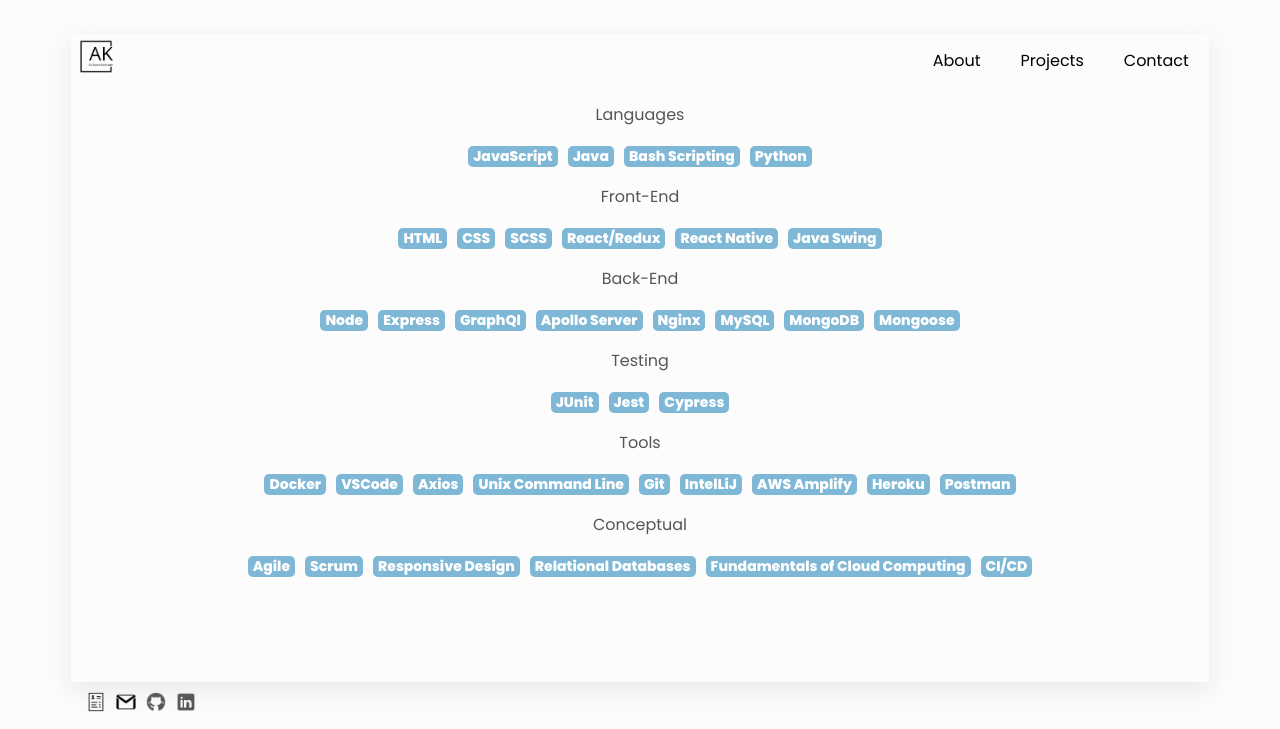
Repository: OKodovbetskyi/Portfolio
Page: /skills
An editor plug-in stored every save of this project. The page is shown before and after the next save, followed by the edit.
The browser window is 1280 px wide. The pictures show the whole page.
The project was rebuilt for these pictures with package versions that can differ from the ones it lists, and the page was loaded fresh each time. Also part of the build but not shown: src/components/Home/Home.css, src/components/Button.css, src/components/Button.js, src/components/AboutMe/AboutMe.css, src/components/AboutMe/AboutMe.js, src/components/Home/Home.js, src/components/Education.js, src/components/Projects.css and 8 more.

Above is the page before, as saved 2023-11-22 22:12:36.

### public/index.html
<!DOCTYPE html>
<html lang="en">
  <head>
    <meta charset="utf-8" />
    <link rel="icon" href="%PUBLIC_URL%/userIcon.png" />
    <meta name="viewport" content="width=device-width, initial-scale=1" />
    <meta name="theme-color" content="#000000" />
    <link rel="preconnect" href="https://fonts.googleapis.com" />
    <link rel="preconnect" href="https://fonts.gstatic.com" crossorigin />
    <link
      href="https://fonts.googleapis.com/css2?family=Roboto:ital,wght@0,100;0,300;0,400;0,500;0,700;0,900;1,100;1,300;1,400;1,500;1,700;1,900&display=swap"
      rel="stylesheet"
    />
    <!--
      manifest.json provides metadata used when your web app is installed on a
      user's mobile device or desktop. See https://developers.google.com/web/fundamentals/web-app-manifest/
    -->
    <link rel="manifest" href="%PUBLIC_URL%/manifest.json" />
    <!--
      Notice the use of %PUBLIC_URL% in the tags above.
      It will be replaced with the URL of the `public` folder during the build.
      Only files inside the `public` folder can be referenced from the HTML.

      Unlike "/favicon.ico" or "favicon.ico", "%PUBLIC_URL%/favicon.ico" will
      work correctly both with client-side routing and a non-root public URL.
      Learn how to configure a non-root public URL by running `npm run build`.
    -->
    <title>Alex Full Stack Developer</title>
  </head>
  <body>
    <noscript>You need to enable JavaScript to run this app.</noscript>
    <div id="root"></div>
    <!--
      This HTML file is a template.
      If you open it directly in the browser, you will see an empty page.

      You can add webfonts, meta tags, or analytics to this file.
      The build step will place the bundled scripts into the <body> tag.

      To begin the development, run `npm start` or `yarn start`.
      To create a production bundle, use `npm run build` or `yarn build`.
    -->
  </body>
</html>

### src/index.css

@import url('https://fonts.googleapis.com/css2?family=Poppins:ital,wght@0,100;0,200;0,300;0,400;0,500;0,600;0,800;0,900;1,100;1,200;1,300;1,400;1,500;1,600&display=swap');

html{
    background-color: #FCFCFC;
    color: #555;
    min-height: 100%;
    margin: 0;
    padding: 0;
    font-family: 'Poppins', sans-serif;
}
h5{
    margin: 0;
}
p{
    font-size: 12px;
}

### src/App.js
import "./App.css";
import React, { useRef } from "react";
import { Helmet } from "react-helmet";
import ThemeProvider, { useTheme, useThemeUpdate } from "./themes/ThemeContext";
import RoutedLanding from "./router/RoutedLanding";

function App() {
  return (
    <ThemeProvider>
      <Helmet>
        <title>Alex Kodovbetskyi | Full Stack Developer</title>
        <meta
          name="description"
          content="Skilled Full Stack Developer based in London, with a proven track record of delivering fast and reliable web applications. Expert in crafting seamless cross-platform solutions for Android and iOS, ensuring top performance and user experience. Committed to driving innovation and efficiency in the tech industry."
        />
        <meta
          name="keywords"
          content="Full Stack Developer, Web Applications, Cross-Platform Development, Android, iOS, London, Performance Optimization, User Experience, Innovative Solutions, Reliable Apps"
        />
        {/* You can also add tags for social media */}
        <meta
          property="og:title"
          content="Full Stack Developer | Web & Mobile Applications Specialist | London"
        />
        <meta
          property="og:description"
          content="Expert in creating fast, reliable web and cross-platform Android and iOS applications."
        />
        <meta property="og:type" content="website" />
        {/* Add more metadata tags as needed */}
      </Helmet>
      <RoutedLanding />
    </ThemeProvider>
  );
}
export default App;

### src/App.css
.home{
    width: 90%;
    margin-left: auto;
    margin-right: auto;
}
@media only screen and (max-width: 600px) {
    .home{
        width: 100%;
    }
    }

### src/themes/ThemeContext.js
import React, { useContext, useState } from "react"
const ThemeContext = React.createContext();
const ThemeUpdateContext = React.createContext();

export function useTheme(){
    return useContext(ThemeContext);
}
export function useThemeUpdate(){
    return useContext(ThemeUpdateContext);
}
function ThemeProvider({children}){
    const [darkTheme, setDarkTheme] = useState(true);
    function toggleTheme(){
        setDarkTheme(prevDarkTheme => !prevDarkTheme);
    }
    return(
        <ThemeContext.Provider value={darkTheme}>
            <ThemeUpdateContext.Provider value={toggleTheme}>
            {children}
            </ThemeUpdateContext.Provider>
        </ThemeContext.Provider>
    )
}
export default ThemeProvider;

### src/router/RoutedLanding.js
import { BrowserRouter, Routes, Route} from 'react-router-dom';
import Skills from '../components/Skills';
import Home from '../components/Home/Home';
import React, {useRef} from 'react';
import Education from '../components/Education';
import Projects from '../components/Projects';
import './RouterLanding.modules.css';
import Nav from '../components/Nav';

import Card from '../components/Card';
import { Contact } from '../components/Contact';



const RoutedLanding = () => {
    const home = useRef(null);
    const skills = useRef(null);
    const aboutme = useRef(null);
    const projects = useRef(null);
    const education = useRef(null);

    const pages = [skills,home, education, projects]
   return (
     <BrowserRouter>
     <div className='container'>
     <div className="home" >
     <Card header="Home">
     <Nav pages={pages} />
     <Routes>
     <Route path='/' element={<Home/>}/>
     <Route path='/skills' element={<Skills/>}/>
     <Route path='/about' element={<Education />}/>
     <Route path='/projects/*' element={<Projects/>}/>
     <Route path='/contact-me' element={<Contact/>}/>
     <Route path='/contact-me' element={<Contact/>}/>
      </Routes>
     </Card>

     </div>
     </div>
   </BrowserRouter>


   )
}

export default RoutedLanding

### src/components/Skills.js
import Card from "./Card";
import React from "react";
import "./Skills.css";
const Skills = React.forwardRef((prop, ref) => {
  return (
    <div>
      <div className="skillWrapper">
        <p>Languages</p>
        <ul className="skillItem">
          <li>JavaScript</li>
          <li>Java</li>
          <li>Bash Scripting</li>
          <li>Python</li>
        </ul>
      </div>
      <div className="skillWrapper">
        <p>Front-End</p>
        <ul className="skillItem">
          <li>HTML</li>
          <li>CSS</li>
          <li>SCSS</li>
          <li>React/Redux</li>
          <li>React Native</li>
          <li>Java Swing</li>
        </ul>
      </div>
      <div className="skillWrapper">
        <p>Back-End</p>
        <ul className="skillItem">
          <li>Node</li>
          <li>Express</li>
          <li>GraphQl</li>
          <li>Apollo Server</li>
          <li>Nginx</li>
          <li>MySQL</li>
          <li>MongoDB</li>
          <li>Mongoose</li>
        </ul>
      </div>
      <div className="skillWrapper">
        <p>Testing</p>
        <ul className="skillItem">
          <li>JUnit</li>
          <li>Jest</li>
          <li>Cypress</li>
        </ul>
      </div>
      <div className="skillWrapper">
        <p>Tools</p>
        <ul className="skillItem">
          <li>Docker</li>
          <li>VSCode</li>
          <li>Axios</li>
          <li>Unix Command Line</li>
          <li>Git</li>
          <li>IntelLiJ</li>
          <li>AWS Amplify</li>
          <li>Heroku</li>
          <li>Postman</li>
        </ul>
      </div>
      <div className="skillWrapper">
        <p>Conceptual</p>
        <ul className="skillItem">
          <li>Agile</li>
          <li>Scrum</li>
          <li>Responsive Design</li>
          <li>Relational Databases</li>
          <li>Fundamentals of Cloud Computing</li>
          <li>CI/CD</li>
        </ul>
      </div>
    </div>
  );
});
export default Skills;

### src/components/Nav.js
import React, { useState } from 'react';

import './Nav.css';
import logo from '../assets/ak-low-resolution.jpg'
import { Link } from 'react-router-dom';
import { Contact } from './Contact';
const Nav = (props) =>{
   const [isOpen, setIsOpen] = useState(false);

    const scrollToSection = (elRef) => {
         const scrollLocation ={
            top: (elRef.current.offsetTop)-100,
            behavior:"smooth"
        }
        window.scrollTo(scrollLocation);
    }
    return(
      <>
     <nav className="navbar">
      <Link to="/"><img className="nav-logo" src={logo} /></Link>
      <div className="navbar-links">
      <Link   to="/about">About</Link>
      <Link   to="/projects">Projects</Link>
      <Link to="/contact-me">Contact</Link>
      </div>
      <div className="navbar-hamburger" onClick={() => setIsOpen(!isOpen)}>
        <div className={`navbar-hamburger-line ${isOpen ? 'open' : ''}`}></div>
        <div className={`navbar-hamburger-line ${isOpen ? 'open' : ''}`}></div>
        <div className={`navbar-hamburger-line ${isOpen ? 'open' : ''}`}></div>
        <div className={`navbar-hamburger-line ${isOpen ? 'open' : ''}`}></div>
      </div>
  </nav>
  {isOpen ? <>
    <div className='mobile-menu' >

   </div>
       <div className='hamburger-menu'>
       <div class="close-icon"  onClick={() => setIsOpen(!isOpen)}>
       <div class="close-icon-circle">
         <span class="close-icon-line"></span>
         <span class="close-icon-line"></span>
        </div>
        </div>
       <Link onClick={() => setIsOpen(!isOpen)} to="/">Home</Link>
       <Link onClick={() => setIsOpen(!isOpen)} to="/about">About</Link>
       <Link onClick={() => setIsOpen(!isOpen)} to="/projects">Projects</Link>
       <Link onClick={() => setIsOpen(!isOpen)} to="/contact-me">Contact</Link>
   </div>
   </>
  : ''
   }

    </>
    )
  }
export default Nav;
     /*<Link to="/">Home </Link>
        <Link to="#skills">Skills</Link>
<Link to="/education">Education</Link>
<a href="#projects">Projects</a>
<Link to="/links">Contact me</Link> */

### src/components/Card.js
import React from "react";
import styles from "./Card.module.css"
import Footer from "./Footer";
const Card = React.forwardRef((props, ref)=>{
    return(
        <div className={styles.page}>
        <div ref={ref} className={styles.Card}>

            <div className={styles.CardBody}>
            <h2 className={styles.header}>   {props.cardName}</h2>
                {props.children}
            </div>

        </div>
        <Footer />
        </div>
    )
})
export default Card;

### src/components/Skills.css
.skillWrapper h4{
    padding: 0 5px;
}
.skillWrapper{
    text-align: center;
}
 .skillWrapper p{
    font-size: 16px;
}
.skillItem>li{
    display: inline-block;
    margin: 0 5px;
    background: #7EB8D6FF;
    color: white;
    font-weight: bold;
    padding:0 5px;
    border-radius: 5px;
    font-size: 14px;
}
.skillItem>li:first-child{
    margin-left: 5px;
}
ul.skillItem{
    margin: 0;
    padding: 0;
}
@media only screen and (max-width: 600px) {

    .skillItem>li{
        margin: 5px;

    }
}

### src/components/Education.css
.educationContent{
    display:flex;
    flex-direction: row;
    justify-content: space-between;
}
.imagepin{
    height: 20px;
}
.experience-container{
    border-left: 1px solid #d1d1d1;
    padding: 0 15px;
}
.Job{
    position: relative;
}
.Job li{
    font-size: 14px;
    text-decoration: none;

}
p{
    font-size: 14px;
}
.circle{
    position: absolute;
    top: 0;
    left: -23px;
    width: 15px;
    background-color: whitesmoke;
    border-radius: 20px;
}
.datesworked{
    float: right;
}
.section-title {
    border-bottom: 2px solid #7EB8D6FF;
}
@media only screen and (max-width: 600px) {
    .educationContent{
        display:flex;
        flex-direction: column;

    }

}
.arrowright{
    width: 30px;
}
.linkstonext{
    margin: 20px 0;
    display: flex;
    align-items: center;
    font-size: 12px;

}
.linkstonext img{
    margin-left: 10px;
    animation: moveRightAndBack 2s infinite;
}
@keyframes moveRightAndBack {
    0% {
      transform: translateX(0);
    }
    50% {
      transform: translateX(10px);
    }
    100% {
      transform: translateX(0);
    }
  }

### src/components/Nav.css
.navbar {
    display: flex;
    justify-content: space-between;
    align-items: center;
    background-color: #FCFCFC;
    z-index: 1000;
  }
  .navbar-links {
    position: relative;
    display: flex;
  }

  .navbar-links a {
    padding: 0 ;
    text-decoration: none;
    color: #55555;
    text-align: center;
    font-size: 16px;
  }
  .navbar-hamburger {
    display: none;
  }

  .navbar-hamburger-line {
    width: 30px;
    height: 3px;
    background-color: #000;
    margin: 6px 10px;
    transition: transform 0.2s ease;
    z-index: 1000;
  }

  .navbar-hamburger-line.open {
    transform: rotate(100deg);

  }
  div.hamburger-menu{
      display: flex;
      justify-content: center;
      flex-direction: column;
      position: fixed;
      top: 0;
      left: 0;
      width: 100%;
      height: 100vh;
      z-index: 900;
      overflow: hidden;
      background-color: #4F709C;

  }
  .hamburger-menu a{
    font-weight: bold;
    text-align: center;
    width: 100%;
    margin: 15px;
    color: white;
    text-decoration: none;
  }
.mobile-menu{
  display: flex;
  position: fixed;
  top: 0;
  justify-content: space-between;
  width: 100%;
  background-color: #4F709C;
}
  @media (max-width: 768px) {
    .navbar-links a{
      display: none;
      width: 100%;
    }
    .navbar-hamburger {
      display: block;
    }
    .navbar-hamburger-line {

    }
  }
  .selected{
    border-radius: 10px 10px 0 0;
    background-color: #E1E5F8;
  }
  .navbar-links a{
    height: 100%;
    width: 100%;
    text-decoration: none;
    color: black;
    padding:5px 20px;
    transition: border-bottom 0.5s;
}
/* Add this to the link element */
.navbar-links a {
    text-decoration: none;
    position: relative;
    color: black;
  }
  /* Add the underline */
  .navbar-links a::before {
    content: "";
    position: absolute;
    width: 0%;
    height: 2px;
    bottom: -2px;
    background-color: #2978B5;
    transition: width 0.3s;
  }

  /* Add the hover effect */
  .navbar-links a:hover::before {
    width: 55%;
  }
  /* Add the animation effect */
/* Add the animation effect */
@keyframes text-color-animation {
    0% {
      color: black;
    }
    100% {
      color: #2978B5;
    }
  }
  /* Add the hover effect */
  .navbar-links a:hover {
    animation: text-color-animation .3s ease-in;
    color: #2978B5;
  }
  .nav-logo{
    width: 60px;
  }
  .close-icon {
    position: fixed;
    top: 20px;
    right: 10px;
    width: 40px;
    height: 40px;
    display: flex;
    justify-content: center;
    align-items: center;

  }
  .close-icon-circle {
    background-color: transparent;
    border: 2px solid white;
    width: 100%;
    height: 100%;
    border-radius: 50%;
    display: flex;
    justify-content: center;
    align-items: center;
    position: relative;
  }

  .close-icon-line {
    position: absolute;
    width: 12px;
    height: 2px;
    background-color: #ffffff;
    transform: rotate(45deg);
  }

  .close-icon-line:nth-child(2) {
    transform: rotate(-45deg);
  }

  .close-icon-line::before,
  .close-icon-line::after {
    content: '';
    position: absolute;
    width: 100%;
    height: 100%;
    background-color: inherit;
  }

  .close-icon-line::before {
    transform: rotate(-90deg);
  }

  .close-icon-line::after {
    transform: rotate(90deg);
  }

### src/components/Card.module.css
.Card{
  margin-top: 3%;
  background-color: #FCFCFC;
  position: relative;
}

.CardBody{
    min-height: 90vh;
    box-shadow: rgba(149, 157, 165, 0.2) 0px 8px 24px;
}
.header{
    font-weight: bold;
}

.closinTag{
    float: right;
}

@media only screen and (max-width: 600px) {
    .Card{
        width: 100%;
        margin: 0;
    }
    .CardBody{
        height: 100%;
        box-shadow: rgba(149, 157, 165, 0.2) 0px 8px 24px;
    }

}

### src/components/Footer.js
import React from "react";
import "./Footer.css";
import IconsLinks from "./IconsLinks";
import resumeIco from "../assets/icons8-resume-50.png"
import Git from "../assets/icons8-github-50.png"
import Email from "../assets/icons8-gmail-50.png"
import linkedln from "../assets/icons8-linkedin-logo-50.png";
const Footer = () => {
    return (
        <footer className="Footer">
        <IconsLinks icon={resumeIco} icon1={Git} icon2 ={Email} icon3={linkedln}/>
      </footer>
    );
}
export default Footer;

### src/components/Footer.css
.Footer{
 margin: 10px 10px;
 width: 100%;

}
@media only screen
and (max-width : 640px) {


    }

### src/components/IconsLinks.js
import React from "react";

import styles from "./Icons.module.css";
const IconsLinks = ({icon,icon1, icon2, icon3}) =>{
    return (
        <span className={styles.Icons}>
            <div className={styles.wrapper}> <a download href="https://drive.google.com/file/d/12KVDCBMmGgFeqtxq2S8sNrXxZwgp_6gI/view?usp=sharing">

            <p className={styles.email}>Resume</p> <img src={icon} alt=''/></a></div>
           <div className={styles.wrapper}><a href="mailto:oleksandr.kodovbetskyi@gmail.com" target="_blank">
           <p className={styles.email}>Email me!</p> <img src={icon2}alt='' />
           </a></div>
           <div className={styles.wrapper}>
           <a href="https://github.com/OKodovbetskyi" target="_blank">
            <p className={styles.email}>GitHub</p> <img src={icon1} alt=''/></a></div>
           <div className={styles.wrapper}>
           <a href="https://www.linkedin.com/in/ak-developer" target="_blank" >
            <p className={styles.email}>Linkeln</p> <img src={icon3} alt=''/></a></div>


        </span>
    )
}
export default IconsLinks;

### src/components/Icons.module.css
span img{
    width: 20px;
    margin: 0 5px;
}
.Icons{
    display: flex;
    background-color:  #fcfcfc;
}
.email{
    animation: ease-in .1s;
    display: none;
    background-color: #01257D;
    color: white;
    border-radius: 20px;
}
.wrapper a{
    text-decoration: none;
}

Loaded but not shown: src/index.js (common file)

After the next save:
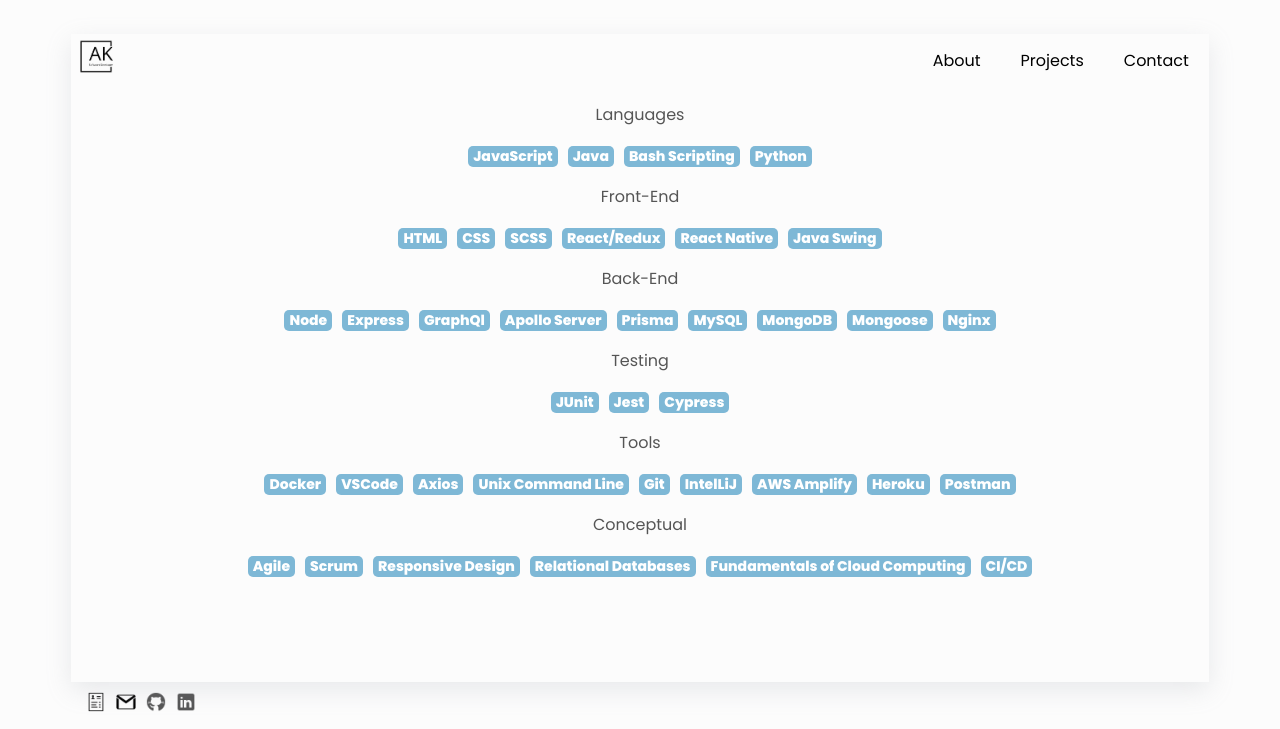
Saved 70 s later.
--- a/src/components/Skills.js
+++ b/src/components/Skills.js
@@ -31,10 +31,11 @@ const Skills = React.forwardRef((prop, ref) => {
           <li>Express</li>
           <li>GraphQl</li>
           <li>Apollo Server</li>
-          <li>Nginx</li>
+          <li>Prisma</li>
           <li>MySQL</li>
           <li>MongoDB</li>
           <li>Mongoose</li>
+          <li>Nginx</li>
         </ul>
       </div>
       <div className="skillWrapper">
